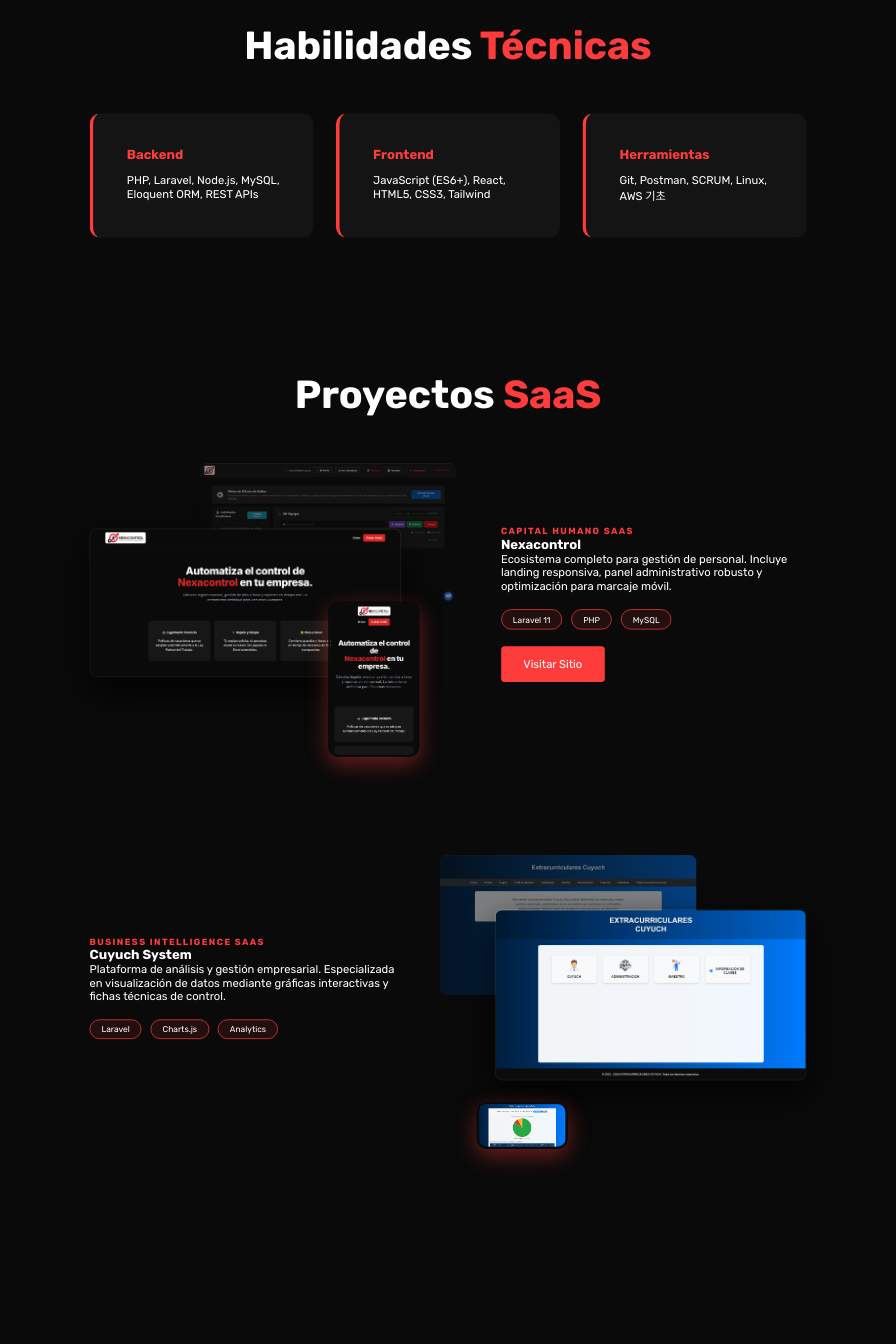
Repository: hercules830/Mi-portfolio-profesional
Page: index.html
These files come from the project's save history. The page is drawn as it stood at one moment and after the next save; the edit follows.
The browser window is 1280 px wide. The pictures show the part of the page from y = 816 to 2736 px (the page is 3036 px tall before and 3050 px after), at 70% of full size.
Some web fonts or font styles are not loaded; a fallback is used.

Above is the page before, as saved 2026-05-30 16:41:53.

### index.html
<!DOCTYPE html>
<html lang="es">
  <head>
    <meta charset="UTF-8" />
    <meta name="viewport" content="width=device-width, initial-scale=1.0" />
    <link rel="stylesheet" href="styles.css" />
    <link rel="preconnect" href="https://fonts.googleapis.com" />
    <link rel="preconnect" href="https://fonts.gstatic.com" crossorigin />
    <link
      href="https://fonts.googleapis.com/css2?family=Rubik:wght@300;400;700&family=Rubik+Storm&display=swap"
      rel="stylesheet"
    />
    <title>Brayan Espinoza | Full Stack Developer</title>
  </head>
  <body>
    <header class="header">
      <nav class="nav">
        <div class="logo-container">
          <p class="logo">BRAYAN <span>ESPINOZA</span></p>
        </div>
        <ul class="links">
          <li><a class="link" href="#inicio">Inicio</a></li>
          <li><a class="link" href="#habilidades">Habilidades</a></li>
          <li><a class="link" href="#proyectos">Proyectos</a></li>
          <li><a class="link" href="#contacto">Contacto</a></li>
        </ul>
      </nav>

      <div class="description" id="inicio">
        <h1 class="header-title">Brayan</h1>
        <p class="my-description">Engineer + Full Stack Web Developer</p>
        <div class="cta-container">
          <a href="#proyectos" class="btn-primary">Ver Proyectos</a>
          <a href="#contacto" class="btn-secondary">Contáctame</a>
        </div>
      </div>
    </header>

    <section class="section" id="habilidades">
      <h2 class="section-title">Habilidades <span>Técnicas</span></h2>
      <div class="skills-grid">
        <div class="skill-card">
          <h3>Backend</h3>
          <p>PHP, Laravel, Node.js, MySQL, Eloquent ORM, REST APIs</p>
        </div>
        <div class="skill-card">
          <h3>Frontend</h3>
          <p>JavaScript (ES6+), React, HTML5, CSS3, Tailwind</p>
        </div>
        <div class="skill-card">
          <h3>Herramientas</h3>
          <p>Git, Postman, SCRUM, Linux, AWS 기초</p>
        </div>
      </div>
    </section>

    <section class="section" id="proyectos">
      <h2 class="section-title">Proyectos <span>SaaS</span></h2>

      <!-- PROYECTO 1: NEXACONTROL -->
      <div class="featured-project">
        <div class="featured-img-container">
          <img
            src="assets/img/projects/indexNexa.png"
            alt="Nexacontrol Landing"
            class="img-lead zoomable"
          />
          <img
            src="assets/img/projects/panelJefeAreaNexa.png"
            alt="Nexacontrol Panel"
            class="img-panel zoomable"
          />
          <img
            src="assets/img/projects/indexNexaPhone.png"
            alt="Nexacontrol Mobile"
            class="img-phone zoomable"
          />
        </div>
        <div class="featured-info">
          <span class="tag">Capital Humano SaaS</span>
          <h3>Nexacontrol</h3>
          <p>
            Ecosistema completo para gestión de personal. Incluye landing
            responsiva, panel administrativo robusto y optimización para marcaje
            móvil.
          </p>
          <div class="tech-stack">
            <span>Laravel 11</span><span>PHP</span><span>MySQL</span>
          </div>
          <div class="actions">
            <a
              href="https://nexacontrolapp.com"
              target="_blank"
              class="btn-primary"
              >Visitar Sitio</a
            >
          </div>
        </div>
      </div>

      <!-- PROYECTO 2: CUYUCH (Invertido para diseño) -->
      <div class="featured-project reverse">
        <div class="featured-info">
          <span class="tag">Business Intelligence SaaS</span>
          <h3>Cuyuch System</h3>
          <p>
            Plataforma de análisis y gestión empresarial. Especializada en
            visualización de datos mediante gráficas interactivas y fichas
            técnicas de control.
          </p>
          <div class="tech-stack">
            <span>Laravel</span><span>Charts.js</span><span>Analytics</span>
          </div>
        </div>
        <div class="featured-img-container">
          <img
            src="assets/img/projects/indexCuyuch.png"
            alt="Cuyuch Landing"
            class="img-lead zoomable"
          />
          <img
            src="assets/img/projects/panelCuyuch.png"
            alt="Cuyuch Panel"
            class="img-panel zoomable"
          />
          <img
            src="assets/img/projects/graficaCuyuch.png"
            alt="Cuyuch Data"
            class="img-phone zoomable"
          />
        </div>
      </div>
    </section>

    <!-- MODAL PARA ZOOM DE IMÁGENES -->
    <div id="imageModal" class="modal">
      <span class="close">&times;</span>
      <img class="modal-content" id="imgFull" />
      <div id="caption"></div>
    </div>

    <footer class="section" id="contacto">
      <h2 class="section-title">
        ¿Listo para el <span>siguiente nivel?</span>
      </h2>
      <div class="social-links">
        <a href="mailto:musicabjhe830@gmail.com" class="btn-secondary">Email</a>
        <a
          href="https://www.linkedin.com/in/brayan-espinoza-57191512a"
          target="_blank"
          class="btn-secondary"
          >LinkedIn</a
        >
      </div>
    </footer>

    <script src="script.js"></script>
  </body>
</html>

### styles.css
:root {
  --primary-red: #ff3c3c;
  --dark-bg: #0a0a0a;
  --card-bg: #141414;
  --text-white: #ffffff;
  --gray-text: #b3b3b3;
}

* {
  margin: 0;
  padding: 0;
  box-sizing: border-box;
  scroll-behavior: smooth;
}
body {
  background-color: var(--dark-bg);
  color: var(--text-white);
  font-family: "Rubik", sans-serif;
  overflow-x: hidden;
}

/* --- HEADER --- */
.header {
  height: 100vh;
  background: linear-gradient(to bottom, transparent 60%, var(--dark-bg) 100%),
    linear-gradient(rgba(0, 0, 0, 0.5), rgba(0, 0, 0, 0.5)),
    url("assets/background.jpg");
  background-size: cover;
  background-position: center;
  display: flex;
  flex-direction: column;
}
.nav {
  display: flex;
  justify-content: space-between;
  padding: 2rem 5%;
  align-items: center;
}
.logo {
  font-weight: bold;
  letter-spacing: 2px;
}
.logo span {
  color: var(--primary-red);
}
.links {
  display: flex;
  list-style: none;
  gap: 2rem;
}
.link {
  color: white;
  text-decoration: none;
  font-size: 0.9rem;
  transition: 0.3s;
}
.link:hover {
  color: var(--primary-red);
}

.description {
  flex: 1;
  display: flex;
  flex-direction: column;
  justify-content: center;
  padding-left: 10%;
}
.header-title {
  font-family: "Rubik Storm", cursive;
  font-size: clamp(4rem, 10vw, 8rem);
  color: var(--primary-red);
  text-shadow: 0 0 30px rgba(255, 60, 60, 0.4);
}
.my-description {
  font-size: 1.5rem;
  color: var(--gray-text);
  margin-bottom: 2rem;
}

/* --- BOTONES --- */
.btn-primary {
  background: var(--primary-red);
  color: white;
  padding: 1rem 2rem;
  text-decoration: none;
  border-radius: 5px;
  transition: 0.3s;
  display: inline-block;
}
.btn-secondary {
  border: 1px solid white;
  color: white;
  padding: 1rem 2rem;
  text-decoration: none;
  border-radius: 5px;
  transition: 0.3s;
  display: inline-block;
}
.btn-primary:hover {
  transform: scale(1.05);
  box-shadow: 0 0 20px rgba(255, 60, 60, 0.4);
}

/* --- SECCIONES --- */
.section {
  padding: 8rem 10% 4rem 10%;
}
.section-title {
  font-size: clamp(2rem, 5vw, 3.5rem);
  margin-bottom: 4rem;
  text-align: center;
}
.section-title span {
  color: var(--primary-red);
}

.skills-grid {
  display: grid;
  grid-template-columns: repeat(auto-fit, minmax(280px, 1fr));
  gap: 2rem;
}
.skill-card {
  background: var(--card-bg);
  padding: 3rem;
  border-radius: 15px;
  border-left: 5px solid var(--primary-red);
  transition: 0.3s;
}
.skill-card h3 {
  margin-bottom: 1rem;
  color: var(--primary-red);
}

/* --- SHOWCASE DE PROYECTOS --- */
.featured-project {
  display: grid;
  grid-template-columns: 1.2fr 1fr;
  gap: 4rem;
  margin-bottom: 10rem;
  align-items: center;
}
.featured-project.reverse {
  grid-template-columns: 1fr 1.2fr;
}

.featured-img-container {
  position: relative;
  height: 400px;
  display: flex;
  align-items: center;
}
.img-lead {
  width: 85%;
  border-radius: 10px;
  box-shadow: 0 20px 50px rgba(0, 0, 0, 0.8);
  z-index: 2;
  transition: 0.5s;
  cursor: pointer;
  border: 1px solid rgba(255, 255, 255, 0.1);
}
.img-panel {
  position: absolute;
  top: 0;
  right: 0;
  width: 70%;
  border-radius: 10px;
  z-index: 1;
  opacity: 0.5;
  filter: blur(1px);
  transition: 0.5s;
  cursor: pointer;
}
.img-phone {
  position: absolute;
  bottom: -20px;
  right: 10%;
  width: 130px;
  z-index: 3;
  border: 3px solid var(--dark-bg);
  border-radius: 15px;
  box-shadow: 0 10px 30px rgba(255, 60, 60, 0.4);
  transition: 0.5s;
  cursor: pointer;
}

/* Inversión de imágenes para el modo reverse */
.reverse .img-lead {
  margin-left: auto;
}
.reverse .img-panel {
  left: 0;
  right: auto;
}
.reverse .img-phone {
  left: 10%;
  right: auto;
}

.featured-project:hover .img-lead {
  transform: translateX(-10px);
}
.featured-project:hover .img-panel {
  opacity: 1;
  filter: blur(0);
  transform: translate(10px, -10px);
}
.featured-project:hover .img-phone {
  transform: scale(1.1);
}

.tag {
  color: var(--primary-red);
  font-weight: bold;
  font-size: 0.8rem;
  letter-spacing: 2px;
  text-transform: uppercase;
}
.tech-stack {
  margin: 1.5rem 0;
  display: flex;
  gap: 0.8rem;
  flex-wrap: wrap;
}
.tech-stack span {
  background: rgba(255, 60, 60, 0.1);
  padding: 0.4rem 1rem;
  border-radius: 20px;
  border: 1px solid var(--primary-red);
  font-size: 0.75rem;
}

/* --- MODAL (ZOOM) --- */
.modal {
  display: none;
  position: fixed;
  z-index: 1000;
  padding-top: 50px;
  left: 0;
  top: 0;
  width: 100%;
  height: 100%;
  background-color: rgba(0, 0, 0, 0.9);
}
.modal-content {
  margin: auto;
  display: block;
  width: 80%;
  max-width: 1200px;
  border-radius: 10px;
  border: 2px solid var(--primary-red);
}
.close {
  position: absolute;
  top: 15px;
  right: 35px;
  color: #f1f1f1;
  font-size: 40px;
  font-weight: bold;
  cursor: pointer;
}

@media (max-width: 1000px) {
  .featured-project,
  .featured-project.reverse {
    grid-template-columns: 1fr;
    gap: 2rem;
  }
  .featured-img-container {
    height: 300px;
    order: -1;
  }
  .featured-info {
    text-align: center;
  }
  .tech-stack {
    justify-content: center;
  }
}

### script.js
document.addEventListener("DOMContentLoaded", () => {
  // 1. Lógica del Modal (Zoom de Imágenes)
  const modal = document.getElementById("imageModal");
  const modalImg = document.getElementById("imgFull");
  const span = document.getElementsByClassName("close")[0];

  document.querySelectorAll(".zoomable").forEach((img) => {
    img.onclick = function () {
      modal.style.display = "block";
      modalImg.src = this.src;
    };
  });

  span.onclick = function () {
    modal.style.display = "none";
  };

  modal.onclick = function (event) {
    if (event.target == modal) {
      modal.style.display = "none";
    }
  };

  // 2. Efecto Revelado al hacer Scroll (Intersection Observer)
  const observerOptions = { threshold: 0.1 };
  const observer = new IntersectionObserver((entries) => {
    entries.forEach((entry) => {
      if (entry.isIntersecting) {
        entry.target.style.opacity = "1";
        entry.target.style.transform = "translateY(0)";
      }
    });
  }, observerOptions);

  document.querySelectorAll(".section, .featured-project").forEach((el) => {
    el.style.opacity = "0";
    el.style.transform = "translateY(40px)";
    el.style.transition = "all 0.8s ease-out";
    observer.observe(el);
  });
});

After the next save:
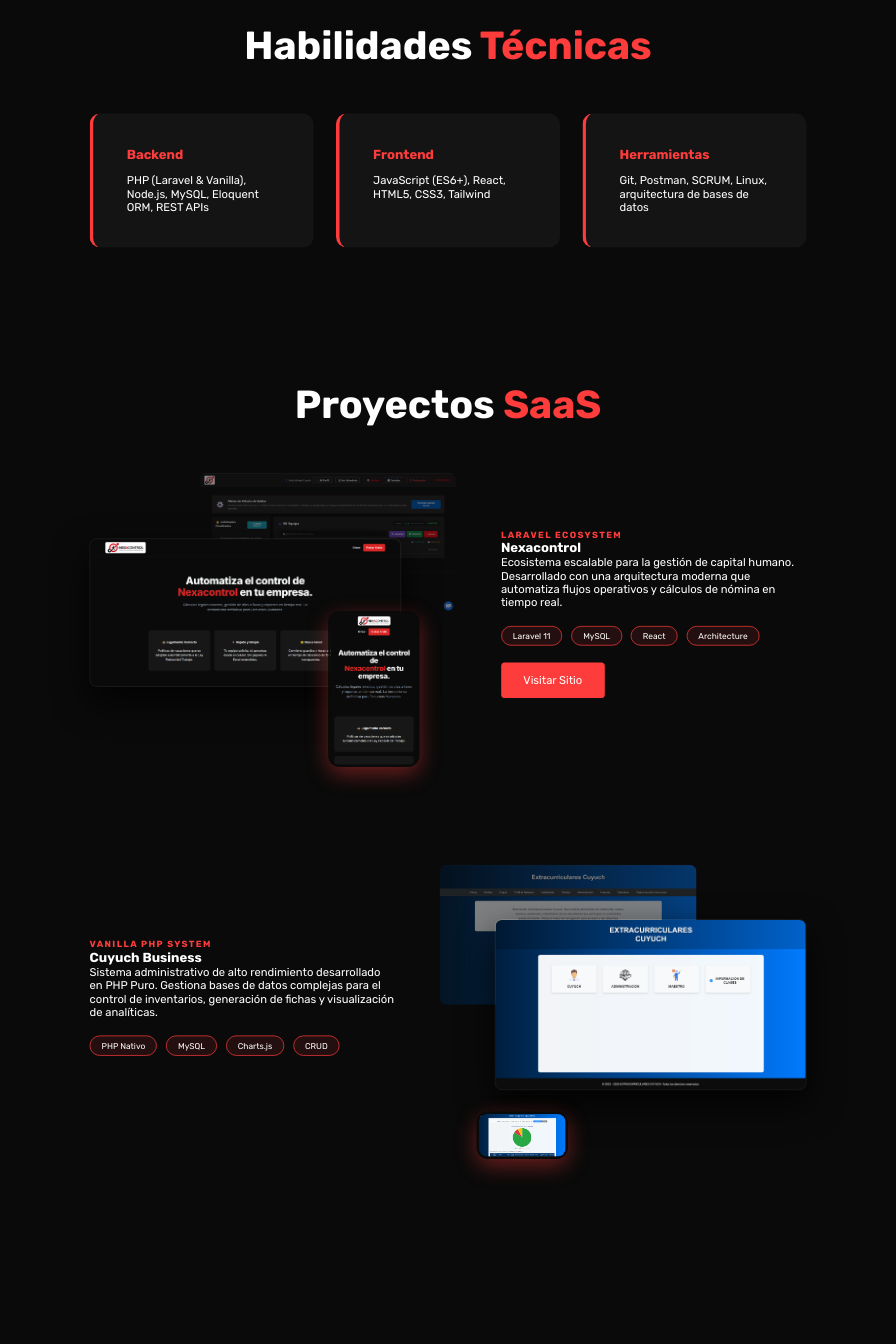
Saved 3 min 44 s later.
--- a/index.html
+++ b/index.html
@@ -41,7 +41,9 @@
       <div class="skills-grid">
         <div class="skill-card">
           <h3>Backend</h3>
-          <p>PHP, Laravel, Node.js, MySQL, Eloquent ORM, REST APIs</p>
+          <p>
+            PHP (Laravel & Vanilla), Node.js, MySQL, Eloquent ORM, REST APIs
+          </p>
         </div>
         <div class="skill-card">
           <h3>Frontend</h3>
@@ -49,7 +51,7 @@
         </div>
         <div class="skill-card">
           <h3>Herramientas</h3>
-          <p>Git, Postman, SCRUM, Linux, AWS 기초</p>
+          <p>Git, Postman, SCRUM, Linux, arquitectura de bases de datos</p>
         </div>
       </div>
     </section>
@@ -77,15 +79,16 @@
           />
         </div>
         <div class="featured-info">
-          <span class="tag">Capital Humano SaaS</span>
+          <span class="tag">Laravel Ecosystem</span>
           <h3>Nexacontrol</h3>
           <p>
-            Ecosistema completo para gestión de personal. Incluye landing
-            responsiva, panel administrativo robusto y optimización para marcaje
-            móvil.
+            Ecosistema escalable para la gestión de capital humano. Desarrollado
+            con una arquitectura moderna que automatiza flujos operativos y
+            cálculos de nómina en tiempo real.
           </p>
           <div class="tech-stack">
-            <span>Laravel 11</span><span>PHP</span><span>MySQL</span>
+            <span>Laravel 11</span><span>MySQL</span><span>React</span
+            ><span>Architecture</span>
           </div>
           <div class="actions">
             <a
@@ -98,41 +101,42 @@
         </div>
       </div>
 
-      <!-- PROYECTO 2: CUYUCH (Invertido para diseño) -->
+      <!-- PROYECTO 2: CUYUCH (Vanilla PHP) -->
       <div class="featured-project reverse">
         <div class="featured-info">
-          <span class="tag">Business Intelligence SaaS</span>
-          <h3>Cuyuch System</h3>
+          <span class="tag">Vanilla PHP System</span>
+          <h3>Cuyuch Business</h3>
           <p>
-            Plataforma de análisis y gestión empresarial. Especializada en
-            visualización de datos mediante gráficas interactivas y fichas
-            técnicas de control.
+            Sistema administrativo de alto rendimiento desarrollado en PHP Puro.
+            Gestiona bases de datos complejas para el control de inventarios,
+            generación de fichas y visualización de analíticas.
           </p>
           <div class="tech-stack">
-            <span>Laravel</span><span>Charts.js</span><span>Analytics</span>
+            <span>PHP Nativo</span><span>MySQL</span><span>Charts.js</span
+            ><span>CRUD</span>
           </div>
         </div>
         <div class="featured-img-container">
           <img
             src="assets/img/projects/indexCuyuch.png"
-            alt="Cuyuch Landing"
+            alt="Cuyuch Home"
             class="img-lead zoomable"
           />
           <img
             src="assets/img/projects/panelCuyuch.png"
-            alt="Cuyuch Panel"
+            alt="Cuyuch Admin"
             class="img-panel zoomable"
           />
           <img
             src="assets/img/projects/graficaCuyuch.png"
-            alt="Cuyuch Data"
+            alt="Cuyuch Stats"
             class="img-phone zoomable"
           />
         </div>
       </div>
     </section>
 
-    <!-- MODAL PARA ZOOM DE IMÁGENES -->
+    <!-- MODAL PARA ZOOM (Lightbox) -->
     <div id="imageModal" class="modal">
       <span class="close">&times;</span>
       <img class="modal-content" id="imgFull" />
